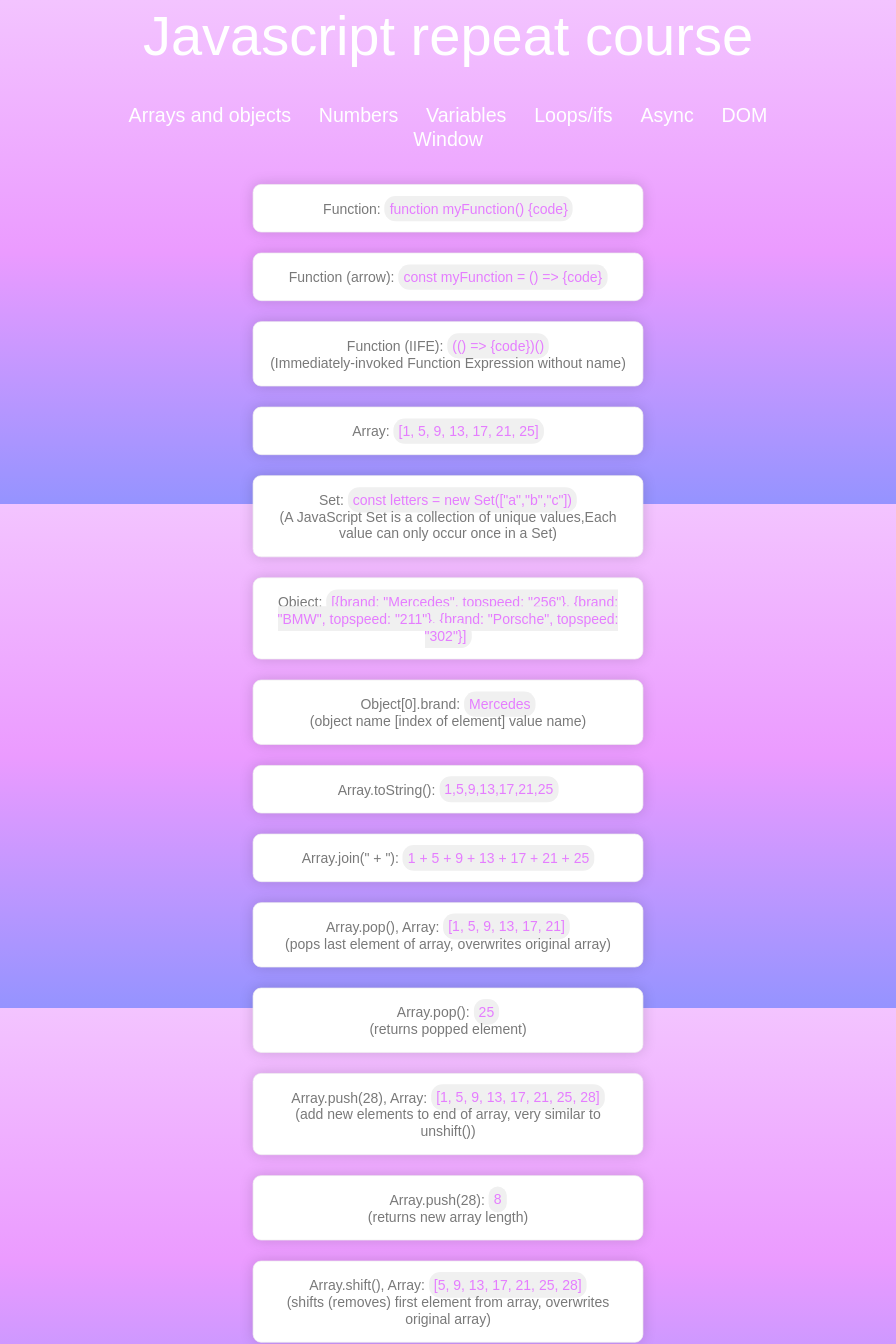
Repository: michalgornicki/javascript
Page: /
An editor plug-in stored every save of this project. The page is shown before and after the next save, followed by the edit.
The browser window is 1280 px wide. The pictures show the part of the page from y = 0 to 1920 px (the page is 5037 px tall before and 5373 px after), at 70% of full size.
Backgrounds fixed to the window are drawn as part of the page. The project was rebuilt for these pictures with package versions that can differ from the ones it lists, and the page was loaded fresh each time. Also part of the build but not shown: src/index.css, src/components/variables.jsx, src/components/numbers.jsx, src/components/loops.jsx, src/components/async.jsx, src/components/DOM manipulation.jsx, src/components/window.jsx.

Above is the page before, as saved 2022-02-04 12:51:00.

### src/App.jsx
import React from "react";
import "./App.css";
import "bootstrap/dist/css/bootstrap.min.css";
import { Route, HashRouter as Router, Routes, Link } from "react-router-dom";
import Arrays from "./components/arrays.jsx"
import Variables from "./components/variables.jsx"
import Numbers from "./components/numbers.jsx"
import Loops from "./components/loops.jsx"
import Async from "./components/async.jsx"
import DOM from "./components/DOM manipulation.jsx"
import Window from "./components/window.jsx"

function App() {


  return (


    <Router>
    <div className="text-center">
      <div className="display-1 mt-1 mb-5 text-white">Javascript repeat course</div>

      <div className="h3 d-flex w-75 m-auto my-5 justify-content-evenly flex-wrap text-white">

      <Link className="link-style mx-3" to="/">Arrays and objects</Link>
      <Link className="link-style mx-3" to="/Numbers">Numbers</Link>
      <Link className="link-style mx-3" to="/Variables">Variables</Link>
      <Link className="link-style mx-3" to="/Loops">Loops/ifs</Link>
      <Link className="link-style mx-3" to="/Async">Async</Link>
      <Link className="link-style mx-3" to="/DOM">DOM</Link>
      <Link className="link-style mx-3" to="/Window">Window</Link>


      </div>

      <Routes>
          <Route path="/" element={<Arrays />} />
          <Route path="/Numbers" element={<Numbers />} />
          <Route path="/Variables" element={<Variables />} />
          <Route path="/Loops" element={<Loops />} />
          <Route path="/Async" element={<Async />} />
          <Route path="/DOM" element={<DOM />} />
          <Route path="/Window" element={<Window />} />
        </Routes>


    </div>
    </Router>
  );
}

export default App;

### src/App.css
body{
    font-family: Arial, Helvetica, sans-serif!important;
    overflow-x: hidden;
    padding-bottom: 80vh;
    height: auto;
    background: linear-gradient(rgb(243, 196, 255), rgb(235, 155, 255), rgb(149, 147, 255));
    background-attachment: fixed;
}

.js-item{
    color:rgb(121, 121, 121);
    background-color: white;
    transition: 0.2s;
    padding: 3vh;
    margin-bottom: 4vh!important;
    border: 1px solid rgb(240, 240, 240);
    width: 50%;
    margin-left: auto;
    margin-right: auto;
    box-shadow: 0px 0px 20px rgba(0, 0, 0, 0.15);
    border-radius: 0.75rem;
}

.js-item:hover{
    cursor: pointer;
    background-color: rgb(240, 240, 240);
}

.text-pink{
    color:rgb(229, 125, 255)!important;
    background-color: rgb(240, 240, 240);
    padding: 1vmin;
    line-height: 1rem;
    border-radius: 1rem;
}

.link-style{
    color: inherit;
    text-decoration: inherit;
}

.link-style:hover{
    color: rgb(229, 125, 255);
}

@media only screen and (max-device-width: 600px), (max-width: 600px) {

    .js-item{
        width: 95%;
    }

}

### src/components/arrays.jsx
const Arrays = () => {
  const array = [1, 5, 9, 13, 17, 21, 25];
  const object = [
    { brand: "Mercedes", topspeed: "256" },
    { brand: "BMW", topspeed: "211" },
    { brand: "Porsche", topspeed: "302" },
  ];

  const functionOne = () => {console.log("first")}
  const functionTwo = () => {console.log("second")}

  functionOne(functionTwo)

  return (
    <div className="container">
      <div className="js-item h5">
        {" "}
        <span className="">Function: </span>
        <span className="text-pink">{`function myFunction() {code}`}</span>
      </div>

      <div className="js-item h5">
        {" "}
        <span className="">Function (arrow): </span>
        <span className="text-pink">{`const myFunction = () => {code}`}</span>
      </div>
      <div className="js-item h5">
        {" "}
        <span className="">Function (IIFE): </span>
        <span className="text-pink">
          {`(() => {code})()`} <br />{" "}
        </span>{" "}
        (Immediately-invoked Function Expression without name)
      </div>
      <div className="js-item h5">
        {" "}
        <span className="">Array: </span>
        <span className="text-pink">[{array.join(", ")}]</span>
      </div>
      <div className="js-item h5">
        {" "}
        <span className="">Set: </span>
        <span className="text-pink">{`const letters = new Set(["a","b","c"])`}</span> <br /> (A JavaScript Set is a collection of unique values,Each value can only occur once in a Set)
      </div>
      <div className="js-item h5">
        {" "}
        <span className="">Object: </span>
        <span className="text-pink">{`[{brand: "Mercedes", topspeed: "256"}, {brand: "BMW", topspeed: "211"}, {brand: "Porsche", topspeed: "302"}]`}</span>
      </div>
      <div className="js-item h5">
        {" "}
        <span className="">Object[0].brand: </span>
        <span className="text-pink">{object[0].brand}</span> <br /> (object name [index of element] value name)
      </div>
      <div className="js-item h5">
        {" "}
        <span className="">Array.toString(): </span> <span className="text-pink">{array.toString()}</span>
      </div>
      <div className="js-item h5">
        {" "}
        <span className="">Array.join(" + "): </span> <span className="text-pink">{array.join(" + ")}</span>
      </div>
      <div className="js-item h5">
        {" "}
        <span className="">Array.pop(), Array: </span> <span className="text-pink">[1, 5, 9, 13, 17, 21]</span> <br /> (pops last element of array, overwrites original array)
      </div>
      <div className="js-item h5">
        {" "}
        <span className="">Array.pop(): </span> <span className="text-pink">{25}</span> <br /> (returns popped element)
      </div>
      <div className="js-item h5">
        {" "}
        <span className="">Array.push(28), Array: </span> <span className="text-pink">[1, 5, 9, 13, 17, 21, 25, 28]</span>
        <br /> (add new elements to end of array, very similar to unshift())
      </div>
      <div className="js-item h5">
        {" "}
        <span className="">Array.push(28): </span> <span className="text-pink"> {8}</span> <br /> (returns new array length)
      </div>
      <div className="js-item h5">
        {" "}
        <span className="">Array.shift(), Array: </span> <span className="text-pink"> [5, 9, 13, 17, 21, 25, 28]</span>
        <br /> (shifts (removes) first element from array, overwrites original array)
      </div>
      <div className="js-item h5">
        {" "}
        <span className="">Array.shift(): </span> <span className="text-pink">1</span> <br /> (returns shifted element)
      </div>
      <div className="js-item h5">
        {" "}
        <span className="">Array.unshift(101, 122), Array: </span> <span className="text-pink">[101, 122, 5, 9, 13, 17, 21, 25, 28]</span> <br /> (add new elements to beginning of array, very similar to push())
      </div>
      <div className="js-item h5">
        {" "}
        <span className="">Array.unshift(101, 122): </span> <span className="text-pink">9</span> <br /> (Returns new array length)
      </div>
      <div className="js-item h5">
        {" "}
        <span className="">Array.slice(0, 4): </span> <span className="text-pink">[{array.slice(0, 4).join(", ")}]</span> <br /> (returns new array from selected range)
      </div>
      <div className="js-item h5">
        {" "}
        <span className="">Array.slice(-3, array.length): </span> <span className="text-pink">[{array.slice(-3, array.length).join(", ")}]</span> <br /> (array of three last elements)
      </div>
      <div className="js-item h5">
        {" "}
        <span className="">Array.concat(Array): </span> <span className="text-pink">[{array.concat(array).join(", ")}]</span>
      </div>
      <div className="js-item h5">
        {" "}
        <span className="">
          Array.filter(item {"=>"} item {">"} 5):
        </span>{" "}
        <span className="text-pink">[{array.filter((item) => item > 5).join(", ")}]</span>
      </div>
      <div className="js-item h5">
        {" "}
        <span className="">
          Array.find(item {"=>"} item {">"} 5):
        </span>
        <span className="text-pink"> {array.find((item) => item > 5)} </span> <br /> (returns first element fulfilling the condition)
      </div>
      <div className="js-item h5">
        {" "}
        <span className="">
          Array.findIndex(item {"=>"} item {">"} 5):
        </span>
        <span className="text-pink"> {array.findIndex((item) => item > 5)} </span> <br /> (returns index of first element fulfilling the condition)
      </div>
      <div className="js-item h5">
        {" "}
        <span className="">Array.from("ABCDEFGHIJKL"): </span>
        <span className="text-pink"> [{Array.from("ABCDEFGHIJKL").join(", ")}] </span>
      </div>
      <div className="js-item h5">
        {" "}
        <span className="">Array.includes(13): </span>
        <span className="text-pink"> {"true"} </span>
      </div>
      <div className="js-item h5">
        {" "}
        <span className="">Array.indexOf(17): </span>
        <span className="text-pink"> {array.indexOf(17)} </span>
      </div>
      <div className="js-item h5">
        {" "}
        <span className="">Array.lastIndexOf(17): </span>
        <span className="text-pink"> {array.lastIndexOf(17)} </span> <br /> (returns last index of element, if there are more iterations)
      </div>
      <div className="js-item h5">
        {" "}
        <span className="">Array.length: </span>
        <span className="text-pink"> {array.length} </span>
      </div>
      <div className="js-item h5">
        {" "}
        <span className="">{"array.map(item => <span>n: {item} </span>)"}: </span>
        <span className="text-pink">
          {" "}
          {array.map((item) => (
            <span>n: {item} </span>
          ))}{" "}
        </span>
      </div>
      <div className="js-item h5">
        {" "}
        <span className="">{"array.reduce((total, value) => total + value)"}: </span>
        <span className="text-pink"> {array.reduce((total, num) => total + num)} </span>
      </div>
      <div className="js-item h5">
        {" "}
        <span className="">{"array.reverse()"}: </span>
        <span className="text-pink"> [{array.reverse().join(", ")}] </span>
      </div>
      <div className="js-item h5">
        {" "}
        <span className="">{"array.sort((a,b) => a - b)"}: </span>
        <span className="text-pink"> [{array.sort((a, b) => a - b).join(", ")}] </span>
      </div>
      <div className="js-item h5">
        {" "}
        <span className="">{"array.some((item) => item > 5)"}: </span>
        <span className="text-pink"> true </span> <br /> (check if any value fulfill condition)
      </div>
      <div className="js-item h5">
        {" "}
        <span className="">{"array.splice(0, 3)"}: </span>
        <span className="text-pink"> [{"1, 5, 9"}] </span> <br /> (gets position and number of items to remove from array, overwrites original array without removed items, returns removed items)
      </div>
      <div className="js-item h5">
        {" "}
        <span className="">{"array.splice(array.length, 0, 45, 89)"}: </span>
        <span className="text-pink"> [{"1, 5, 9, 13, 17, 21, 25, 45, 89"}] </span> <br /> (add new array items to end of array)
      </div>
    </div>
  );
};

export default Arrays;

Loaded but not shown: public/index.html (common file); src/index.js (common file); src/reportWebVitals.js (common file)

After the next save:
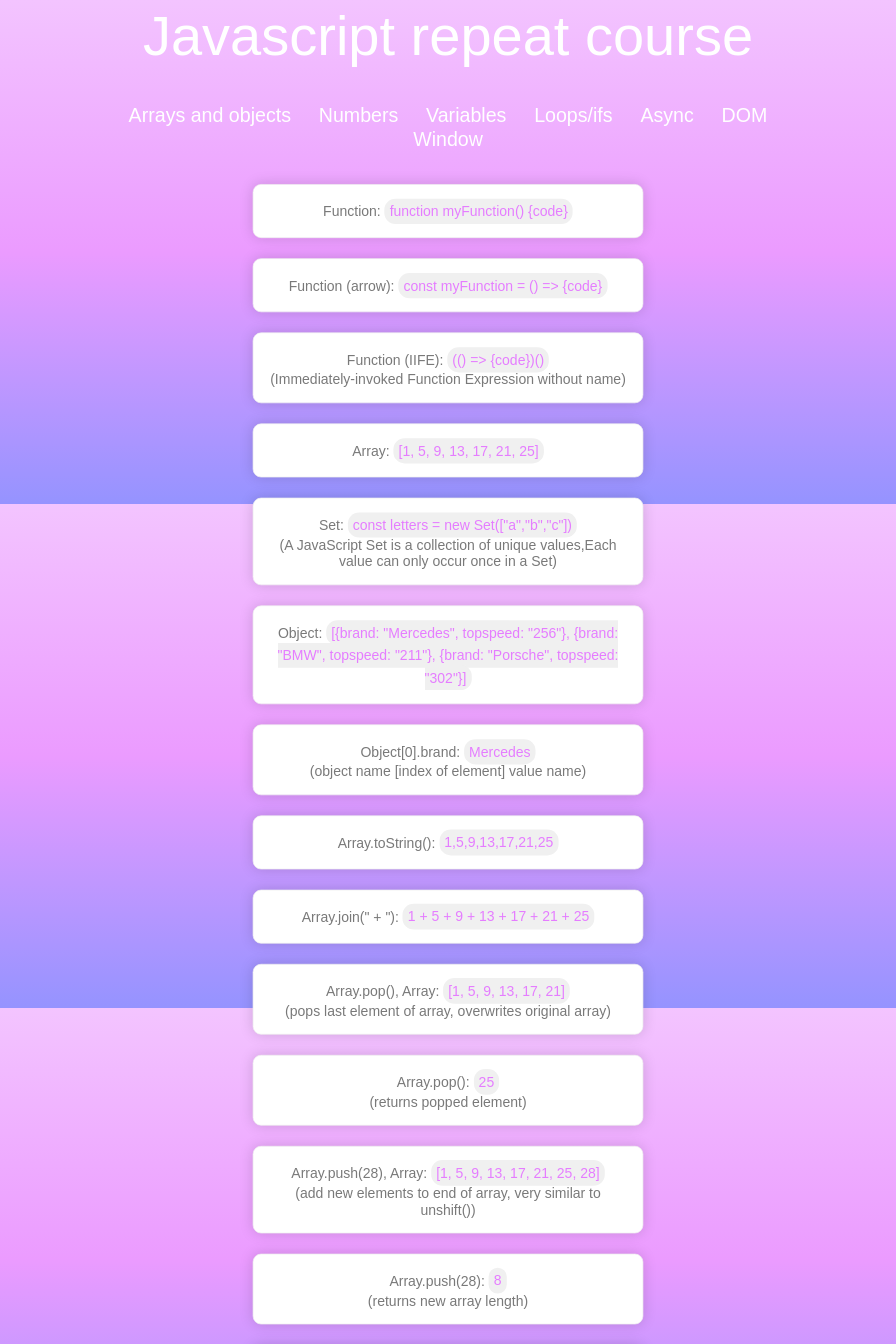
Saved 6 s later.
--- a/src/App.css
+++ b/src/App.css
@@ -30,7 +30,7 @@
     color:rgb(229, 125, 255)!important;
     background-color: rgb(240, 240, 240);
     padding: 1vmin;
-    line-height: 1rem;
+    line-height: 2rem;
     border-radius: 1rem;
 }
 

After the save that followed:
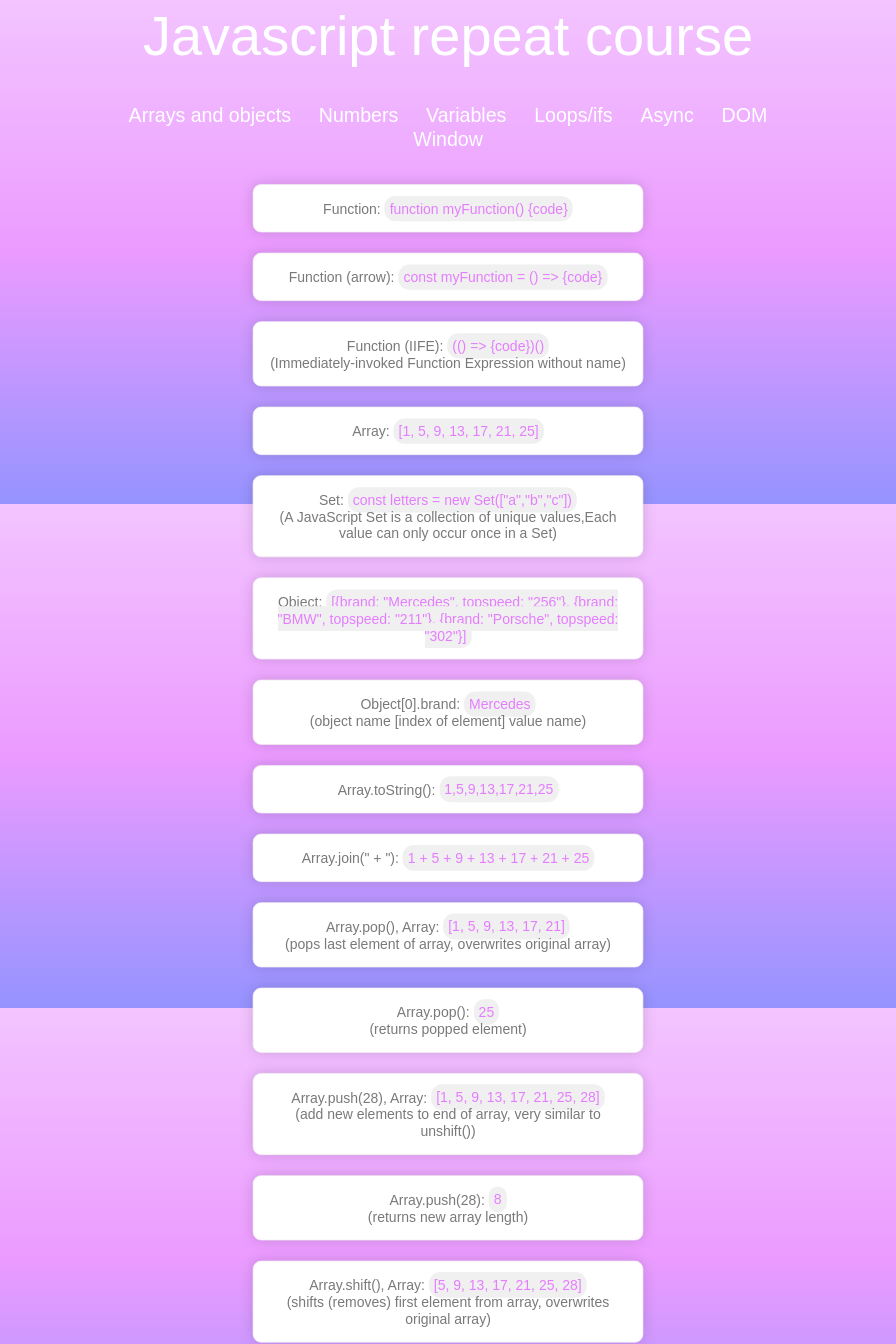
Saved 4 s later.
--- a/src/App.css
+++ b/src/App.css
@@ -30,7 +30,6 @@
     color:rgb(229, 125, 255)!important;
     background-color: rgb(240, 240, 240);
     padding: 1vmin;
-    line-height: 2rem;
     border-radius: 1rem;
 }
 
